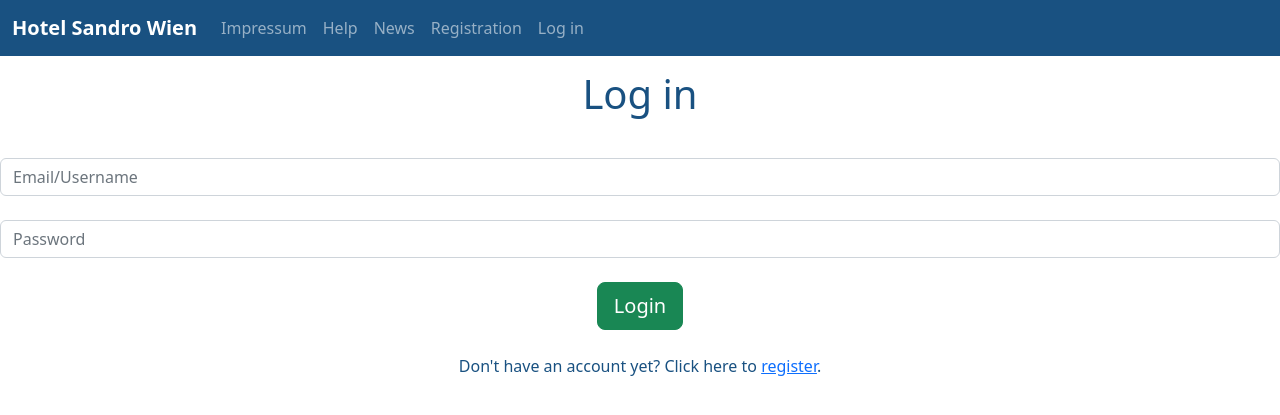
Repository: TIS0N/Hotel_Sandro
Page: http://localhost/pages/login.php
An editor plug-in stored every save of this project. The page is shown before and after the next save, followed by the edit.
The browser window is 1280 px wide. The pictures show the whole page.
The page is run by PHP 8.4 with error messages shown; the project is at /var/www/html/.

Above is the page before, as saved 2023-01-15 22:38:52.

### pages/login.php
<!DOCTYPE html>
<html lang="en">
<head>
    <meta charset="UTF-8">
    <meta http-equiv="X-UA-Compatible" content="IE=edge">
    <meta name="viewport" content="width=device-width, initial-scale=1.0">
    <link href="https://cdn.jsdelivr.net/npm/bootstrap@5.2.2/dist/css/bootstrap.min.css" rel="stylesheet" integrity="sha384-Zenh87qX5JnK2Jl0vWa8Ck2rdkQ2Bzep5IDxbcnCeuOxjzrPF/et3URy9Bv1WTRi" crossorigin="anonymous">
    <script src="https://cdn.jsdelivr.net/npm/bootstrap@5.2.2/dist/js/bootstrap.bundle.min.js" integrity="sha384-OERcA2EqjJCMA+/3y+gxIOqMEjwtxJY7qPCqsdltbNJuaOe923+mo//f6V8Qbsw3" crossorigin="anonymous"></script>
    <link rel="stylesheet" href="../res/css/stylesheet.css">
    <title>Hotel Sandro Wien - Log In</title>
</head>
<body id="body">

<?php
include "../inc/navigation.php";
?>
    <section class="login-form">
        <h1>Log in</h1><br>
        <form role="form" action="../inc/login.inc.php" method="post">
            <h5 class="text-center"></h5>
            <input type="username" class="form-control" name="usersUid" placeholder="Email/Username"></br>
            <input type="password" class="form-control" name="pwd" placeholder="Password"><br>
            <button class="btn btn-lg btn-success btn-block" type="submit" name="submit">Login</button>
        </form>

        <?php
            if(isset($_GET["error"])){
                if($_GET["error"] == "emptyinput"){
                    echo "<p>Fill in all fields</p>";
                }
                else if($_GET["error"] == "wronglogin"){
                    echo "<p>Incorrect login information!</p>";
                }
            }
        ?>

        <br><p>Don't have an account yet? Click here to <a href="registration.php">register</a>.</p>

    </section>

<?php
include "footer.php";
?>

</body>
</html>

### inc/navigation.php
<?php
    if(file_exists("./index.php")){
        $includePath = ".";
    }
    else{
        $includePath = "..";
    }

    include_once "$includePath/config/dbaccess.php";
?>

<div id="navBar">
        <nav class="navbar fixed-top navbar-expand-lg navbar-dark" style="background-color: #195181;">
            <div class="container-fluid">
                <a class="navbar-brand" href= <?php echo "$includePath/index.php"?> style="color: rgb(255, 255, 255);"><strong>Hotel Sandro Wien</strong></a>
                <button class="navbar-toggler" type="button" data-bs-toggle="collapse" data-bs-target="#navbarNav" aria-controls="navbarNav" aria-expanded="false" aria-label="Toggle navigation">
                    <span class="navbar-toggler-icon"></span>
                </button>
                <div class="collapse navbar-collapse" id="navbarNav">
                    <ul class="navbar-nav">
                        <li class="nav-item">
                            <a class="nav-link"href= <?php echo "$includePath/pages/impressum.php"?> class="navbar-brand">Impressum</a>
                        </li>
                        <li class="nav-item">
                            <a class="nav-link" href=<?php echo "$includePath/pages/help.php"?> class="navbar-brand">Help</a>
                        </li>
                        <li class="nav-item">
                            <a class="nav-link" href=<?php echo "$includePath/pages/news.php"?> class="navbar-brand">News</a>
                        </li>

                        <?php
                        if(isset($_SESSION["useruid"])){
                            $userID = "SELECT id FROM users";
                            echo "<li class='nav-item'><a class='nav-link' href=" . "$includePath/pages/profile.php" . " class='navbar-brand'>Profile</a></li>";
                            echo "<li class='nav-item'><a class='nav-link' href=" . "$includePath/inc/logout.inc.php" . " class='navbar-brand'>Log out</a></li>";
                        }else{
                            echo "<li class='nav-item'><a class='nav-link' href=" . "$includePath/pages/registration.php" . " class='navbar-brand'>Registration</a></li>";
                            echo "<li class='nav-item'><a class='nav-link' href=" . "$includePath/pages/login.php" . " class='navbar-brand'>Log in</a></li>";
                        }
                        ?>

                    </ul>
                </div>
            </div>
        </nav>
    </div>

### config/dbaccess.php
<?php
    $host = "localhost";
    $username = "root";
    $password = "";
    $database = "hotelsandrodb";

    $conn=mysqli_connect($host, $username, $password, $database);

    if(!$conn){
        die("Connection failed: ".mysqli_connect_error());
    }
?>

### pages/footer.php
<footer class="bg text-white text-center justify-content-center fixed-bottom" style="color:#195181;">
      <div class="container">
        <p class="lead">Copyright &copy; 2022 Hotel Sandro Wien</p>

        <a href="index.php" class="position-absolute bottom-0 end-0 p-5">
          <i class="bi bi-arrow-up-circle h1"></i>
        </a>
      </div>
    </footer>

### res/css/stylesheet.css
body{
    /*background-color: rgb(63, 72, 84);*/
    background-color: white;
    color: #195181;
    padding-top: 70px;
    padding-bottom: 70px;
    text-align: center;
    /*font-family: cursive;*/
}

#hotelSandroPhoto{
    width: 600px;
    max-width: 100%;
    aspect-ratio: 4/3;
}

#formular{
    background-color: #195181;
    /*border-radius: 10px;*/
    border-color: rgb(255, 255, 255);
    border-style: double;
}

table{
    font-family: arial, sans-serif;
  border-collapse: collapse;
  width: 100%;
}

td, th {
  border: 1px solid #dddddd;
  text-align: left;
  padding: 8px;
}

tr:nth-child(even) {
  background-color: #dddddd;
}

After the next save:
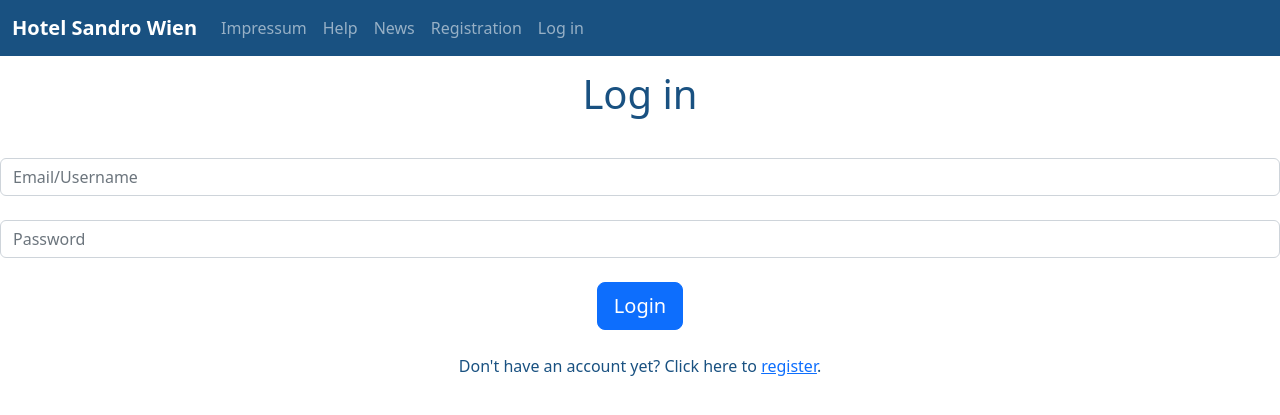
Saved 41 s later.
--- a/pages/login.php
+++ b/pages/login.php
@@ -20,7 +20,7 @@ include "../inc/navigation.php";
             <h5 class="text-center"></h5>
             <input type="username" class="form-control" name="usersUid" placeholder="Email/Username"></br>
             <input type="password" class="form-control" name="pwd" placeholder="Password"><br>
-            <button class="btn btn-lg btn-success btn-block" type="submit" name="submit">Login</button>
+            <button class="btn btn-lg btn-primary btn-block" type="submit" name="submit">Login</button>
         </form>
 
         <?php
